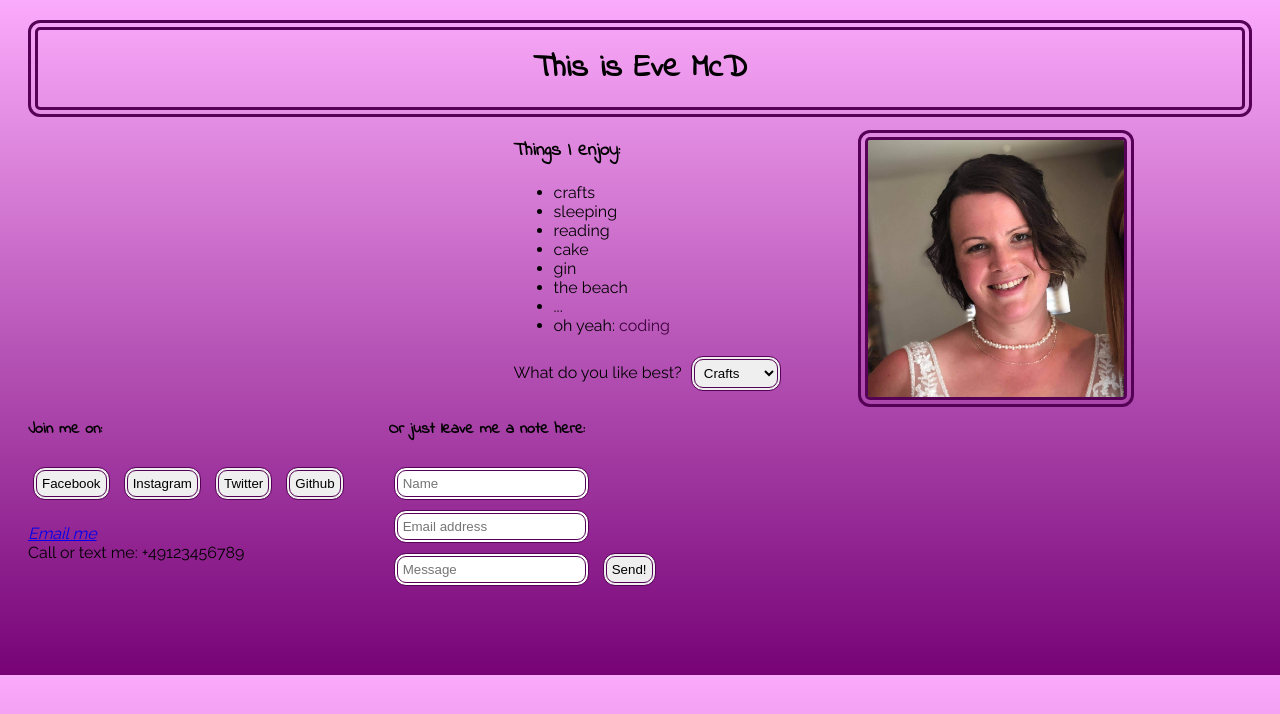
Repository: evemcd/Strive-Ignite-W1
Page: index.html
An editor plug-in stored every save of this project. The page is shown before and after the next save, followed by the edit.
The browser window is 1280 px wide. The pictures show the whole page.

Above is the page before, as saved 2021-01-17 22:34:31.

### index.html
<!DOCTYPE html>
<html>

<head>
    <title>Eve McDermott</title>
    <link rel="stylesheet" href="styles.css" />
    <link rel="preconnect" href="https://fonts.gstatic.com">
    <link rel="preconnect" href="https://fonts.gstatic.com">
    <link href="https://fonts.googleapis.com/css2?family=Indie+Flower&family=Raleway&display=swap" rel="stylesheet">
    <meta name="viewport" content="width=device-width, initial-scale=1.0">
</head>

<body>
    <div id="header">
        <div class="header-title">
            <h1>This is Eve McD</h1>
        </div>
                    <img src="Eve.jpg" class="header-image" alt="photo of Eve McD" />
        </div>
    <div class="hobbies">
        <h3>Things I enjoy:</h3>
        <ul>
            <li>crafts</li>
            <li>sleeping</li>
            <li>reading</li>
            <li>cake</li>
            <li>gin</li>
            <li>the beach</li>
            <li>...</li>
            <li>oh yeah: <span style="color: rgb(59, 0, 59);">coding</span></li>
        </ul>
    </div>

    <div class="hobbies">
        <label for="hobbies">What do you like best?</label>
        <select name="hobbies" id="hobbies" class="socialbutton">
            <option value="crafts">Crafts</option>
            <option value="sleeping">Sleeping</option>
            <option value="reading">Reading</option>
            <option value="cake">Cake</option>
            <option value="gin">Gin</option>
            <option value="beach">Beach</option>
            <option value="coding">Coding</option>
        </select>
    </div>
    <div class="container">
        <div class="div1">
            <h4>Join me on:</h4>
            <input type="button" href="www.facebook.com" value="Facebook" class="socialbutton" />
            <input type="button" href="www.instagram.com" value="Instagram" class="socialbutton" />
            <input type="button" href="www.twitter.com" value="Twitter" class="socialbutton" />
            <input type="button" href="www.github.com" value="Github" class="socialbutton" />
            <br><br>
            <address>
                <a href="mailto:eve@mcdermott.com">Email me </a>
            </address>
            Call or text me: +49123456789
            </p>
        </div>
        <div class="div1">
            <form>
                <h4>Or just leave me a note here:</h4>
                <input type="text" placeholder="Name" class="socialbutton" /><br>
                <input type="email" placeholder="Email address" class="socialbutton" /><br>
                <input type="text" placeholder="Message" class="socialbutton" />
                <input type="button" value="Send!" class="socialbutton" />
            </form>
        </div>
    </div>
    </div>
    <br><br><br><br>

</body>

</html>

### styles.css
body {
    background: rgb(251, 171, 251);
    background: linear-gradient(180deg, rgba(251, 171, 251, 1) 0%, rgba(119, 3, 119, 1) 100%);
    font-family: Raleway;
}

.div1 {
    display: inline-block;
    /* width: 40%; */
    vertical-align: top;
    margin: 0px 20px 0px 20px;
}

.container {
    display: flex;
    flex-flow: column wrap;
    flex-direction: row;
    justify-content: flex-start;
}

h1 {
    padding: 15px;
    margin: 20px;
    border: 10px double rgb(85, 1, 85);
    border-radius: 12px;
    text-align: center;
}

h1,
h2,
h3,
h4,
h5,
h6 {
    font-family: Indie Flower;
}

.textcenter {
    text-align: center;
}

.center {
    display: block;
    margin-left: auto;
    margin-right: auto;
    width: 20%;
    border: 10px double rgb(85, 1, 85);
    border-radius: 12px;
}

/* #header {
    width: 100%;
    height: 30vh;
    position: relative;
    background-color: red;
} */

/* .box1 {
    width: 100px;
    height: 100px;
    background-color: green;
    position: absolute;
    top: 10px;
    left: 10px;
    z-index: 2;
} */

.header-image {
    width: 20%;
    position: absolute;
    top: 18%;
    left: 67%;
    border: 10px double rgb(85, 1, 85);
    border-radius: 12px;
}

.socialbutton {
    border: 4px double rgb(85, 1, 85);
    border-radius: 12px;
    padding: 5px;
    margin: 5px;
}

.hobbies {
    margin-left: 40%;
}

@media screen and (max-width: 992px) {
    .div1 {
        display: inline-block;
        width: 100%;
        vertical-align: top;
    }

    .hobbies {
        margin-left: 10%;
    }
}

After the next save:
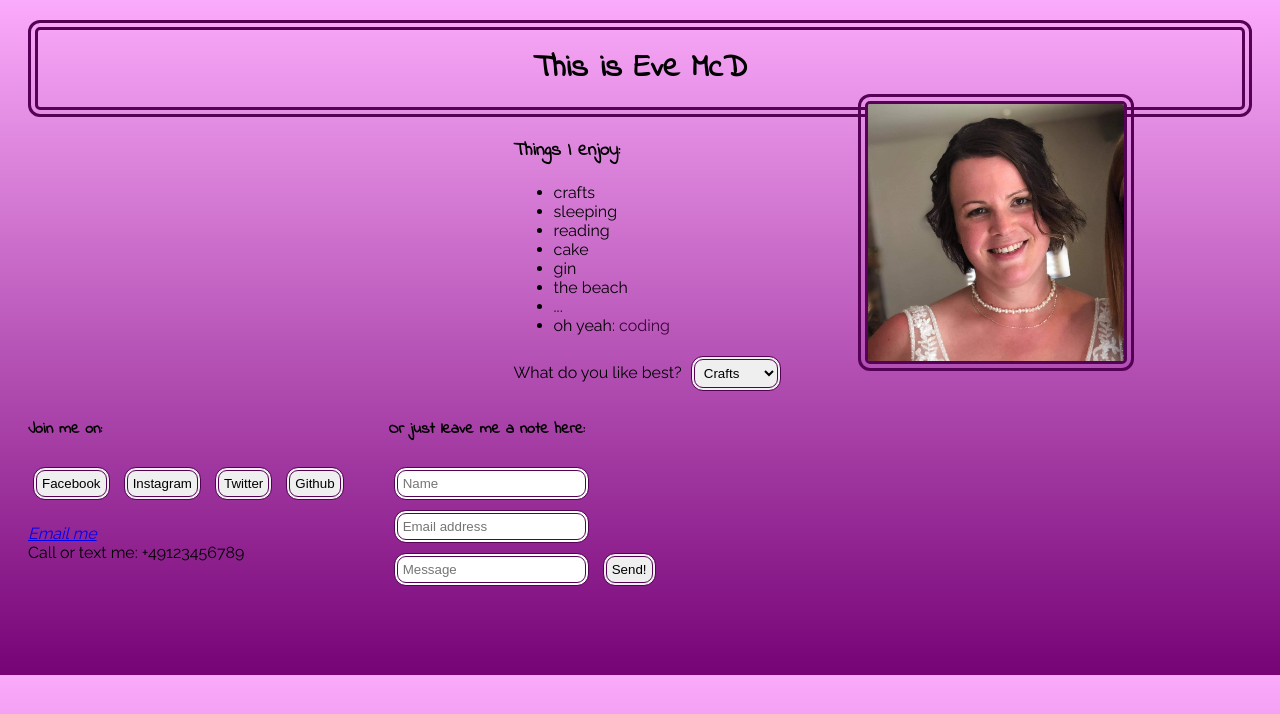
Saved 9 min 26 s later.
--- a/styles.css
+++ b/styles.css
@@ -68,7 +68,7 @@ h6 {
 .header-image {
     width: 20%;
     position: absolute;
-    top: 18%;
+    top: 13%;
     left: 67%;
     border: 10px double rgb(85, 1, 85);
     border-radius: 12px;
